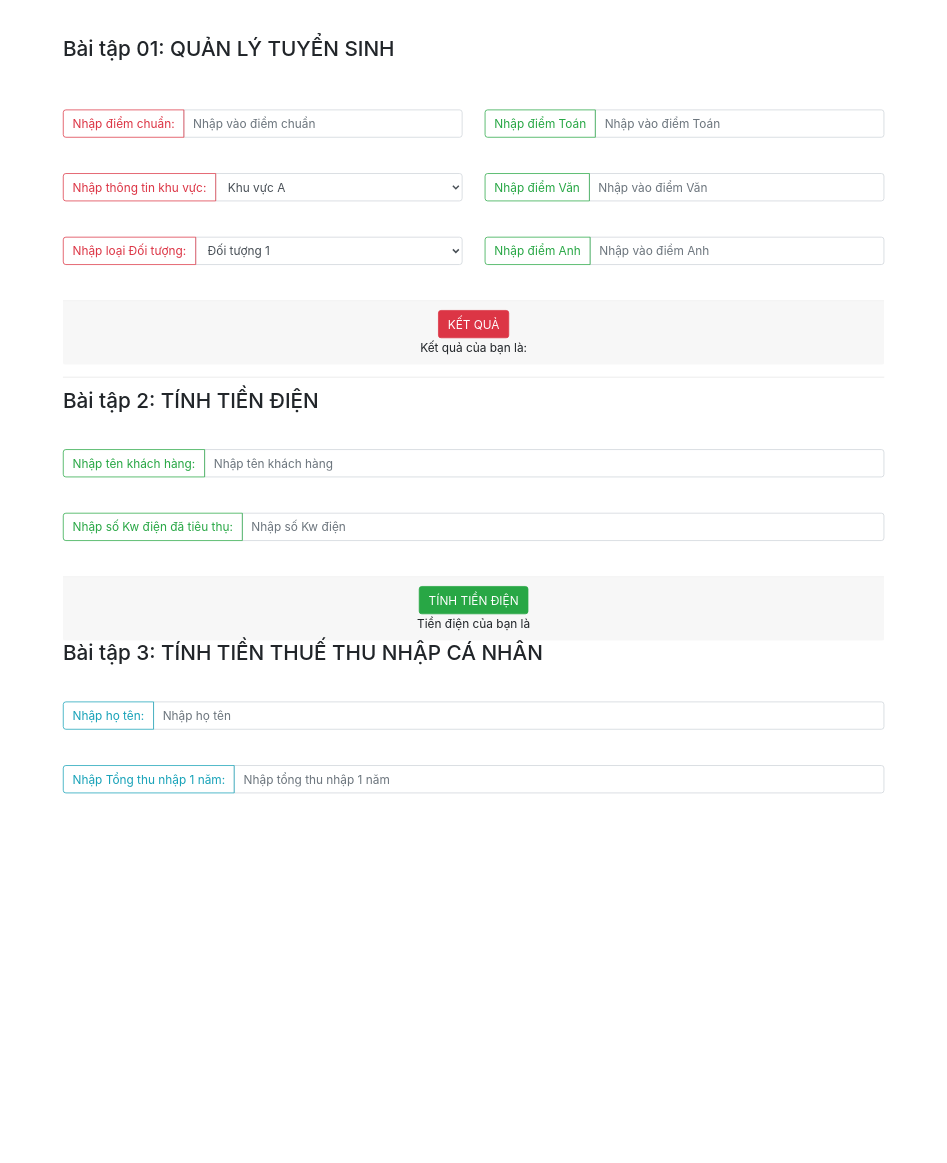
Repository: ducdatit2002/javascript-tinh-day15
Page: index.html
The author's editor kept a copy of each file at every save. The page is drawn from the files as they stood at one save, then again after the next save.
The browser window is 1280 px wide. The pictures show the whole page, at 74% of full size.

Above is the page before, as saved 2023-08-20 20:00:54.

After the next save:
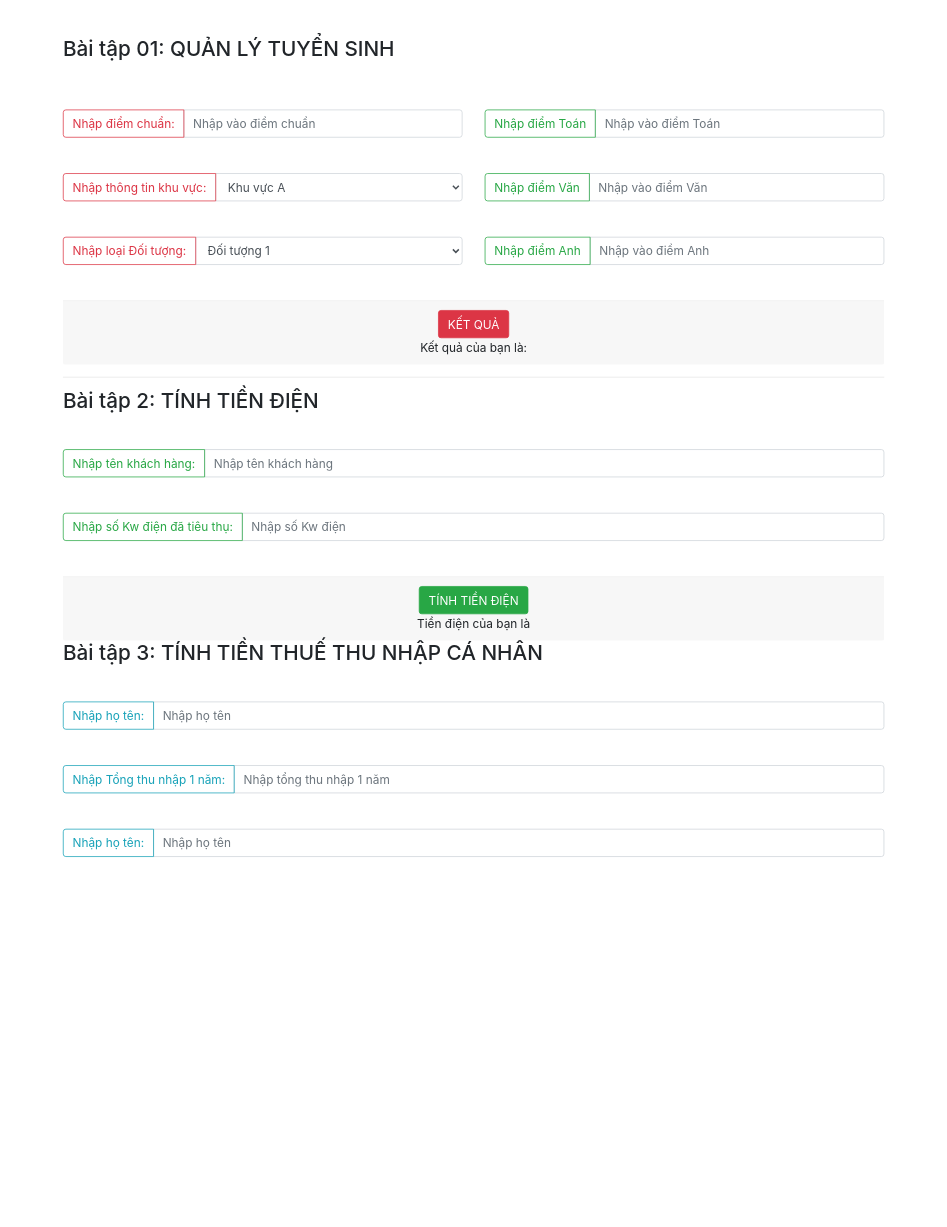
Saved 12 min 54 s later.
--- a/index.html
+++ b/index.html
@@ -160,7 +160,18 @@
             id="tongThuNhapNam"
             placeholder="Nhập tổng thu nhập 1 năm"/>
         </div>
-
+        <div class="input-group mt-5">
+          <div class="input-group-prepend">
+            <button class="btn btn-outline-info">
+              Nhập họ tên:
+            </button>
+          </div>
+          <input
+            type="text"
+            class="form-control"
+            id="hoTen"
+            placeholder="Nhập họ tên"/>
+        </div>
       </div>
     </div>
     <!-- Optional JavaScript -->
